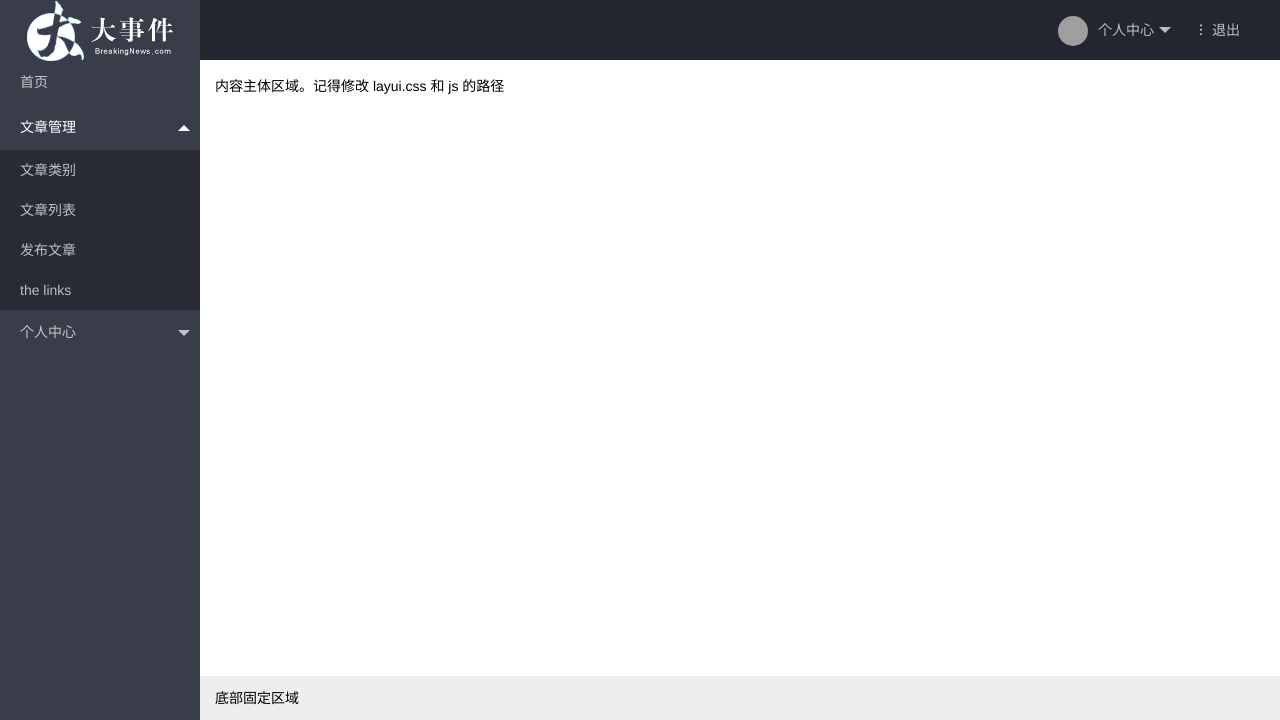
Repository: Janshen111/web_bigevent
Page: index.html
An editor plug-in stored every save of this project. The page is shown before and after the next save, followed by the edit.
The browser window is 1280 px wide. The pictures show the whole page.
Pictures or frames that could not be fetched are drawn as grey boxes.

Above is the page before, as saved 2022-08-31 15:28:30.

### index.html
<!DOCTYPE html>
<html lang="en">

<head>
    <meta charset="UTF-8">
    <meta http-equiv="X-UA-Compatible" content="IE=edge">
    <meta name="viewport" content="width=device-width, initial-scale=1.0">
    <title>Document</title>
    <!-- 导入laYui的样式 -->
    <link rel="stylesheet" href="./assets/lib/layui/css/layui.css">
    <script src=""></script>
</head>

<body>
    <div class="layui-layout layui-layout-admin">
        <div class="layui-header">
            <div class="layui-logo layui-hide-xs layui-bg-black">
                <img src="./assets/images/logo.png" alt="" />
            </div>
            <!-- 头部区域（可配合layui 已有的水平导航） -->
            <dl class="layui-nav-child">
                <dd><a href="">menu 11</a></dd>
                <dd><a href="">menu 22</a></dd>
                <dd><a href="">menu 33</a></dd>
            </dl>
            </li>
            </ul>
            <ul class="layui-nav layui-layout-right">
                <li class="layui-nav-item layui-hide layui-show-md-inline-block">
                    <a href="javascript:;">
                        <img src="//tva1.sinaimg.cn/crop.0.0.118.118.180/5db11ff4gw1e77d3nqrv8j203b03cweg.jpg" class="layui-nav-img">个人中心
                    </a>
                    <dl class="layui-nav-child">
                        <dd><a href="">基本资料</a></dd>
                        <dd><a href="">更换头像</a></dd>
                        <dd><a href="">重置密码</a></dd>
                    </dl>
                </li>
                <li class="layui-nav-item">
                    <a href="javascript:;">
                        <i class="layui-icon layui-icon-more-vertical"></i> 退出
                    </a>
                </li>
            </ul>
        </div>

        <div class="layui-side layui-bg-black">
            <div class="layui-side-scroll">
                <!-- 左侧导航区域（可配合layui已有的垂直导航） -->
                <ul class="layui-nav layui-nav-tree" lay-filter="test">
                    <li class="layui-nav-item"><a href="javascript:;">首页</a></li>
                    <li class="layui-nav-item layui-nav-itemed">
                        <a class="" href="javascript:;">文章管理</a>
                        <dl class="layui-nav-child">
                            <dd><a href="javascript:;">文章类别</a></dd>
                            <dd><a href="javascript:;">文章列表</a></dd>
                            <dd><a href="javascript:;">发布文章</a></dd>
                            <dd><a href="">the links</a></dd>
                        </dl>
                    </li>
                    <li class="layui-nav-item">
                        <a href="javascript:;">个人中心</a>
                        <dl class="layui-nav-child">
                            <dd><a href="javascript:;">list 1</a></dd>
                            <dd><a href="javascript:;">list 2</a></dd>
                            <dd><a href="">超链接</a></dd>
                        </dl>
                    </li>
                </ul>
            </div>
        </div>

        <div class="layui-body">
            <!-- 内容主体区域 -->
            <div style="padding: 15px;">内容主体区域。记得修改 layui.css 和 js 的路径</div>
        </div>

        <div class="layui-footer">
            <!-- 底部固定区域 -->
            底部固定区域
        </div>
    </div>
    <!-- 导入laYui的JS文件 -->
    <script src="./assets/lib/layui/layui.all.js"></script>
</body>

</html>

Loaded but not shown: assets/lib/layui/css/layui.css (library); assets/lib/layui/layui.all.js (library); assets/lib/layui/css/modules/laydate/default/laydate.css (library); assets/lib/layui/css/modules/layer/default/layer.css (library); assets/lib/layui/css/modules/code.css (common file)

After the next save:
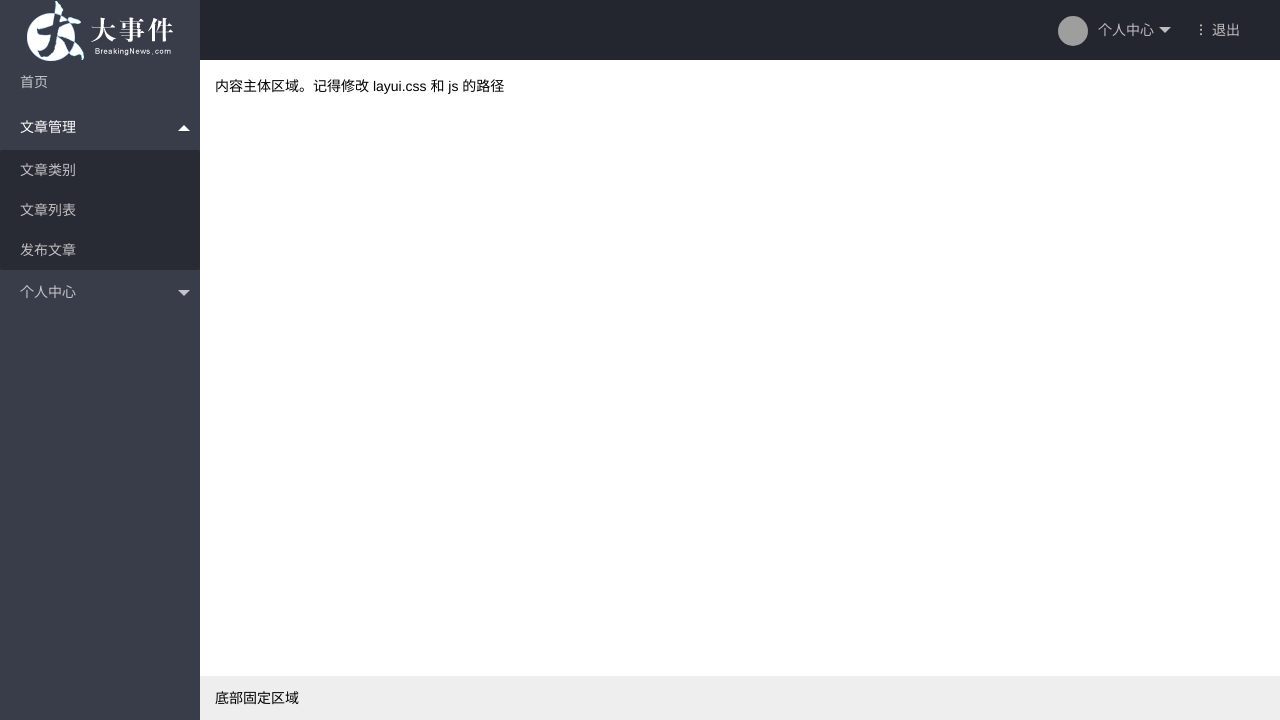
Saved 35 s later.
--- a/index.html
+++ b/index.html
@@ -55,14 +55,13 @@
                             <dd><a href="javascript:;">文章类别</a></dd>
                             <dd><a href="javascript:;">文章列表</a></dd>
                             <dd><a href="javascript:;">发布文章</a></dd>
-                            <dd><a href="">the links</a></dd>
                         </dl>
                     </li>
                     <li class="layui-nav-item">
                         <a href="javascript:;">个人中心</a>
                         <dl class="layui-nav-child">
-                            <dd><a href="javascript:;">list 1</a></dd>
-                            <dd><a href="javascript:;">list 2</a></dd>
+                            <dd><a href="javascript:;">基本资料</a></dd>
+                            <dd><a href="javascript:;">更换头像</a></dd>
                             <dd><a href="">超链接</a></dd>
                         </dl>
                     </li>
